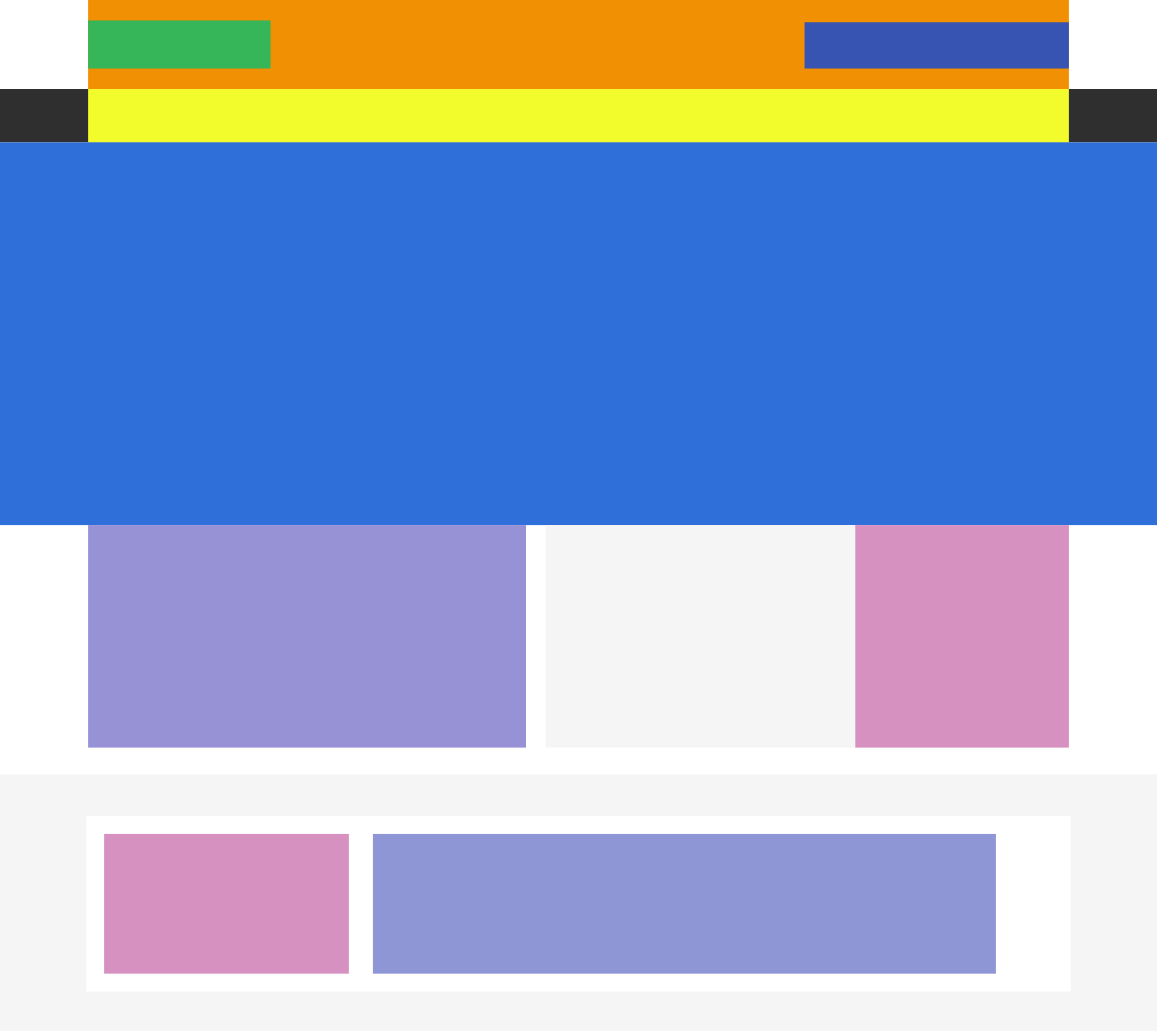
Repository: A1LExX/H5_study_set
Page: day04/扣丁.html
An editor plug-in stored every save of this project. The page is shown before and after the next save, followed by the edit.
The browser window is 1280 px wide. The page is 1300 px wide, so the pictures cover 1300 px, including what lies to the right of the window. The pictures show the whole page, at 89% of full size.

Above is the page before, as saved 2021-06-24 20:35:37.

After the next save:
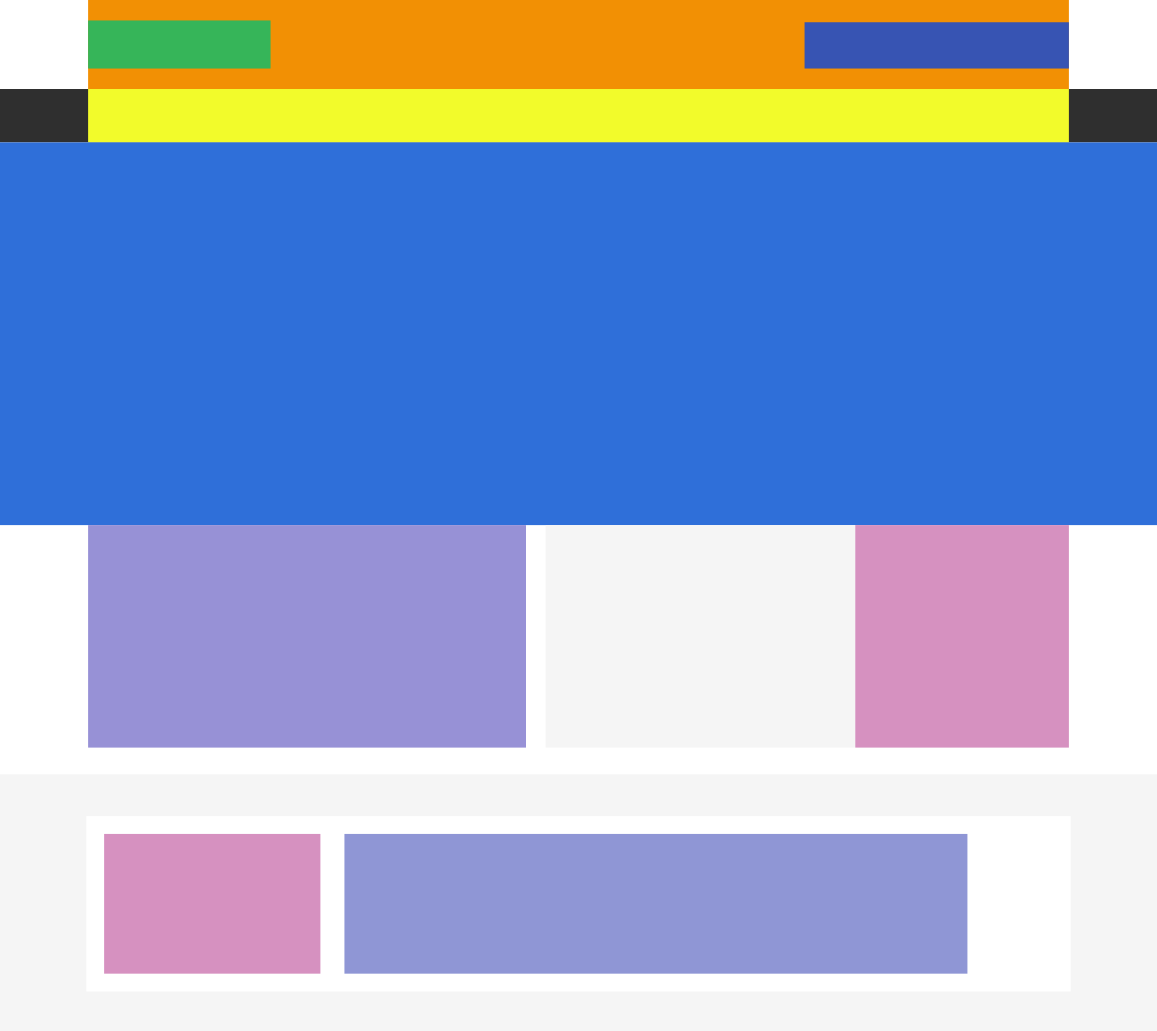
Saved 14 s later.
--- a/day04/css/codingke.css
+++ b/day04/css/codingke.css
@@ -2,7 +2,7 @@
  * @author [Alex Wei]
  * @email [w2262196@outlook.com]
  * @create date 2021-06-24 13:00:50
- * @modify date 2021-06-24 20:35:37
+ * @modify date 2021-06-24 20:35:51
  * @desc [description]
  */
 *{
@@ -98,7 +98,7 @@
     margin-bottom: 45px;
 }
 .con4Box1{
-    width: 275px;
+    width: 243px;
     height: 157px;
     background: #d691c0;
     float: left;

After the save that followed:
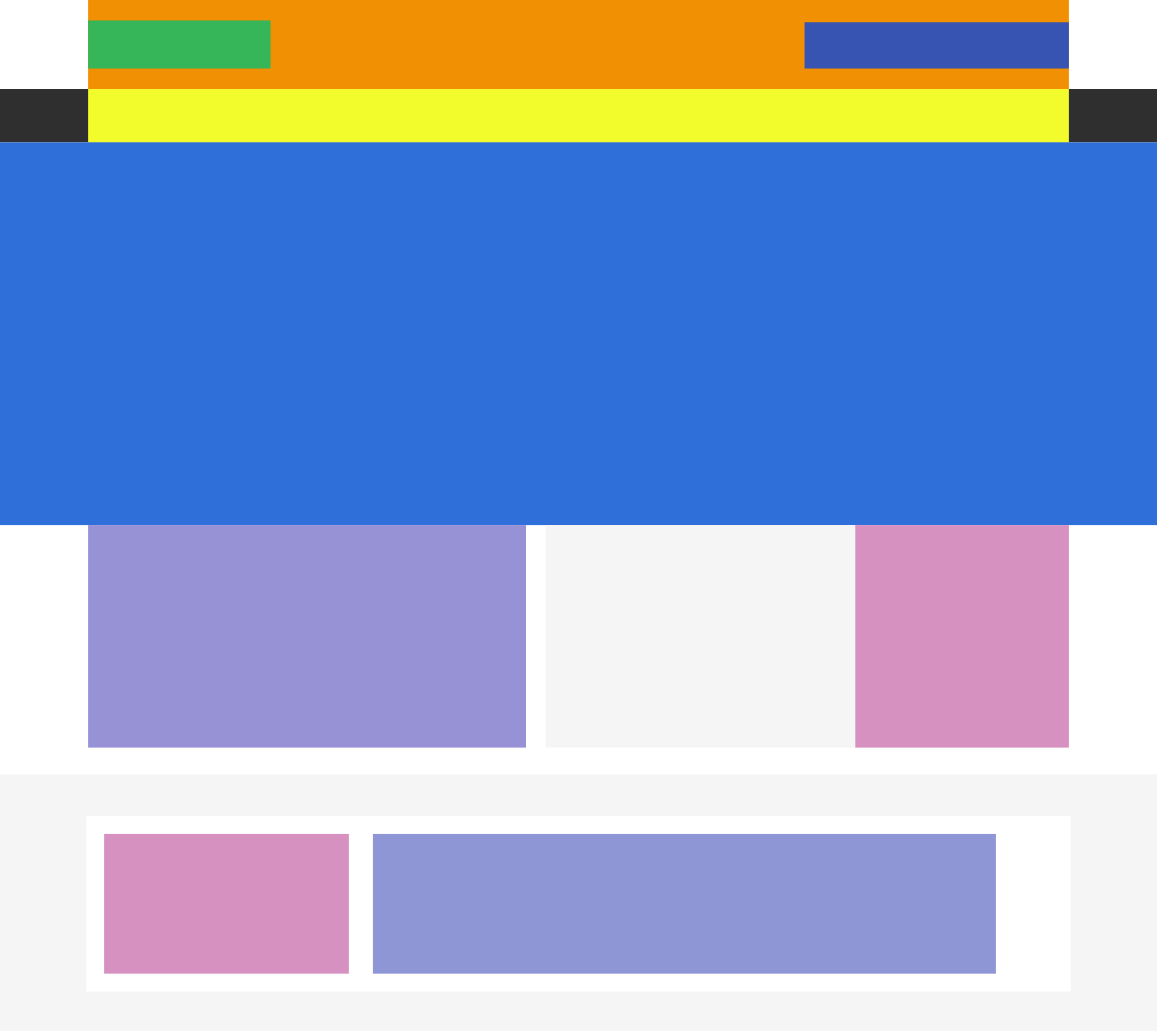
Saved 15 s later.
--- a/day04/css/codingke.css
+++ b/day04/css/codingke.css
@@ -2,7 +2,7 @@
  * @author [Alex Wei]
  * @email [w2262196@outlook.com]
  * @create date 2021-06-24 13:00:50
- * @modify date 2021-06-24 20:35:51
+ * @modify date 2021-06-24 20:36:06
  * @desc [description]
  */
 *{
@@ -98,7 +98,7 @@
     margin-bottom: 45px;
 }
 .con4Box1{
-    width: 243px;
+    width: 275px;
     height: 157px;
     background: #d691c0;
     float: left;
